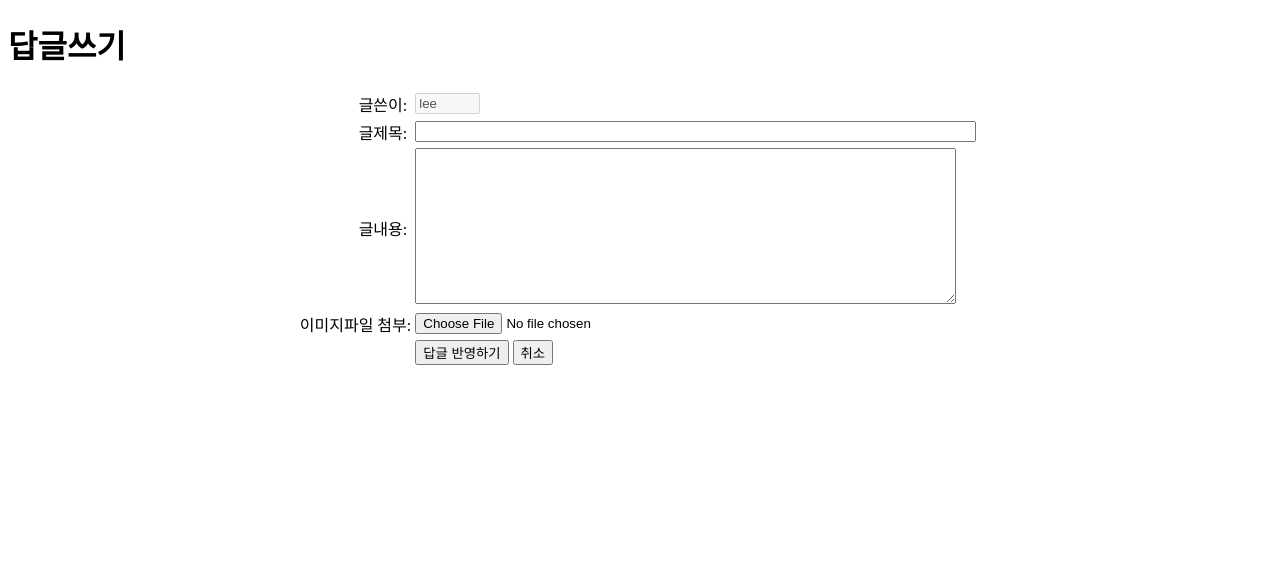
Repository: sseunghyunni/Spring
Page: http://localhost/pro17/board06/replyForm.jsp
An editor plug-in stored every save of this project. The page is shown before and after the next save, followed by the edit.
The browser window is 1280 px wide. The pictures show the whole page.
The page is served by Tomcat 9. Other server files are loaded and not shown.

Above is the page before, as saved 2022-08-10 06:35:18.

### pro17/src/main/webapp/board06/replyForm.jsp
<%@ page language="java" contentType="text/html; charset=UTF-8"
    pageEncoding="UTF-8"
    isELIgnored="false"%>
  <%@ taglib prefix = "fmt" uri="http://java.sun.com/jsp/jstl/fmt" %>
  <%@ taglib prefix = "c" uri="http://java.sun.com/jsp/jstl/core" %>
  <%
  request.setCharacterEncoding("utf-8");
  %>
  <c:set var="contextPath" value="${pageContext.request.contextPath }"/>
<!DOCTYPE html>
<html>
<head>
<script src="http://code.jquery.com/jquery-latest.min.js"></script>
<script type="text/javascript">
function backToList(obj){
	obj.action = "${contextPath}/board/listArticles.do";
	obj.submit();
}
function readURL(input){
	if(input.files&& input.files[0]){
		var reader = new FileReader();
		reader.onload=function(e){
			$('#preview').attr('src',e.target.result);
		}
		reader.readAsDataURL(input.files[0]);
	}
}
</script>
<meta charset="UTF-8">
<title>Insert title here</title>
</head>
<body>
	<h1 style-"text-align:center">답글쓰기</h1>
	<form name ="frmReply" method="post" action="${contextPath }/board/addReply.do" enctype="multipart/form-data">
	<table align="center">
	<tr>
		<td align="right">글쓴이:&nbsp;</td>
		<td><input type="text" size="5" value="lee" disabled/></td>
		</tr>

	<tr>
		<td align="right">글제목:&nbsp;</td>
		<td><input type="text" size="67" maxlength="100" name="title"/></td>
		</tr>

	<tr>
	 	<td align="right">글내용:&nbsp;</td>
	 	<td><textarea name="content" rows="10" cols="65" maxlength="4000"></textarea>
	 	</td>
	 	</tr>

	 <tr>
	 	<td align="right">이미지파일 첨부:</td>
	 	<td><input type="file" name="imageFileName" onchange="readURL(this);"/></td>
	 	<td><imng id="preview" src="#" width=200 height=200/></td>
	 	</tr>
	 <tr>
	 	<td align="right"></td>
	 	<td>
	 	<input type=submit value="답글 반영하기"/>
	 	<input type=button value="취소" onClick="backToList(this.form)"/>
	 	</td>
	 	</tr>
	</table></form>
</body>
</html>

After the next save:
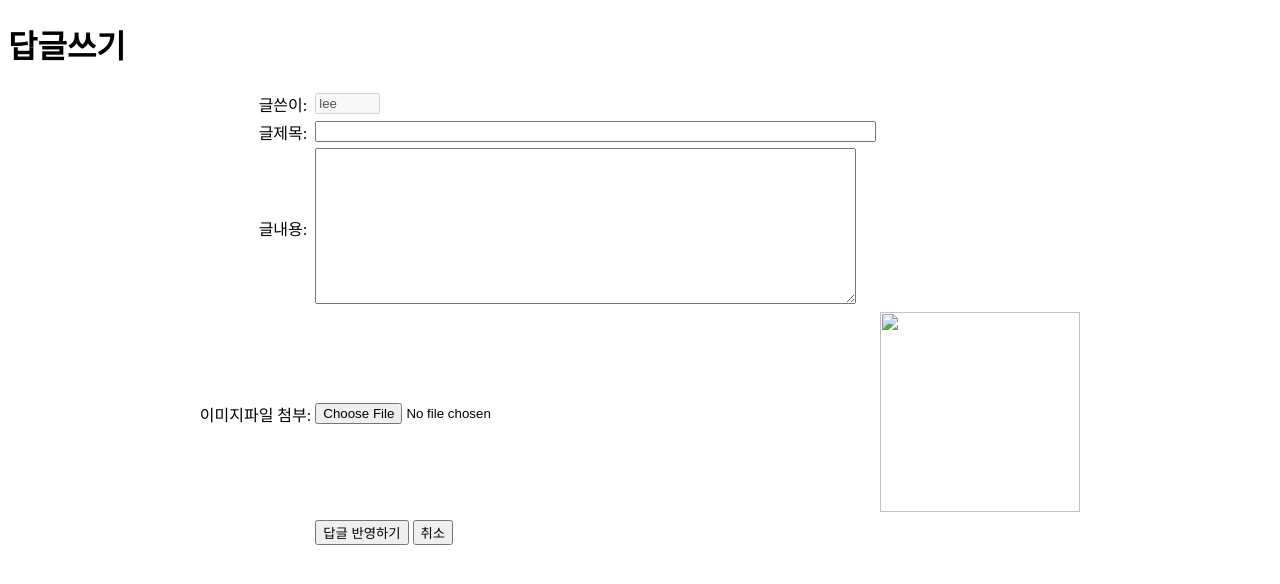
Saved 26 s later.
--- a/pro17/src/main/webapp/board06/replyForm.jsp
+++ b/pro17/src/main/webapp/board06/replyForm.jsp
@@ -52,7 +52,7 @@ function readURL(input){
 	 <tr>
 	 	<td align="right">이미지파일 첨부:</td>
 	 	<td><input type="file" name="imageFileName" onchange="readURL(this);"/></td>
-	 	<td><imng id="preview" src="#" width=200 height=200/></td>
+	 	<td><img id="preview" src="#" width=200 height=200/></td>
 	 	</tr>
 	 <tr>
 	 	<td align="right"></td>
